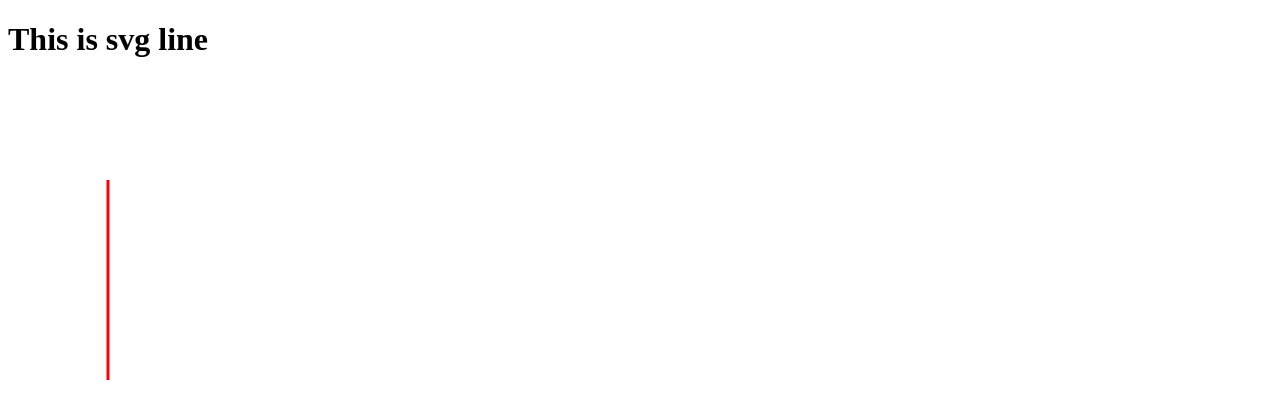
Repository: stastnyd/stastny-d3js
Page: Projekt/1. Oblici/index.html
These files come from the project's save history. The page is drawn as it stood at one moment and after the next save; the edit follows.
The browser window is 1280 px wide. The pictures show the whole page.

Above is the page before, as saved 2019-08-05 16:01:11.

### Projekt/1. Oblici/index.html
<!DOCTYPE html>
<html lang="en">

<head>
    <meta charset="UTF-8">
    <meta name="viewport" content="width=device-width, initial-scale=1.0">
    <meta http-equiv="X-UA-Compatible" content="ie=edge">
    <title>Document</title>
</head>

<body>


    <h1>This is svg line</h1>
    <svg width="400" height="600">
        <line x1="100" y1="100" x2="100" y2="300" stroke ="red" stroke-width="3"/>
    </svg>

</body>

</html>

After the next save:
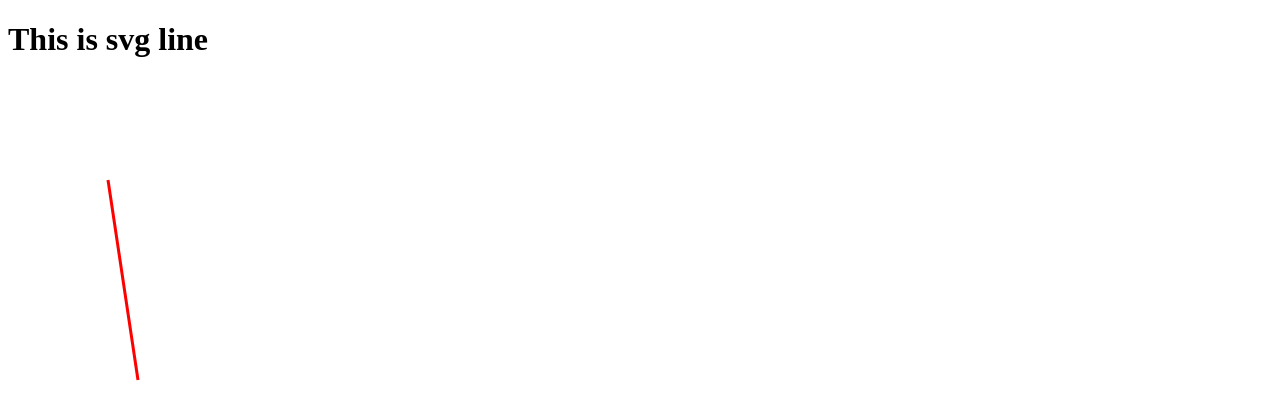
Saved 36 s later.
--- a/Projekt/1. Oblici/index.html
+++ b/Projekt/1. Oblici/index.html
@@ -13,7 +13,7 @@
 
     <h1>This is svg line</h1>
     <svg width="400" height="600">
-        <line x1="100" y1="100" x2="100" y2="300" stroke ="red" stroke-width="3"/>
+        <line x1="100" y1="100" x2="130" y2="300" stroke ="red" stroke-width="3"/>
     </svg>
 
 </body>
